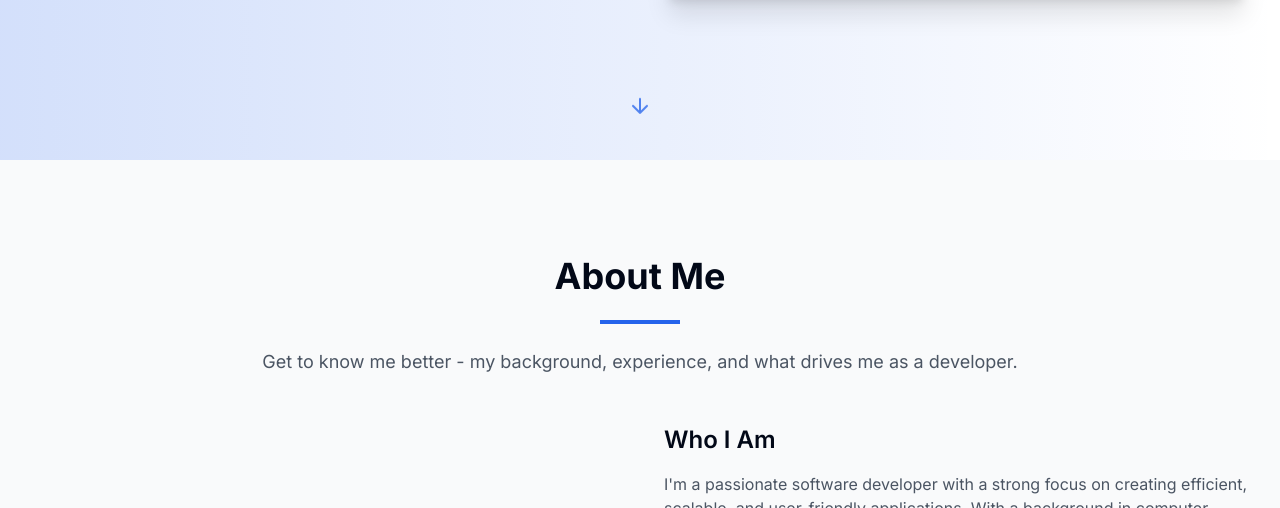
Repository: priteshraj10/priteshraj.github.io
Page: /
These files come from the project's save history. The page is drawn as it stood at one moment and after the next save; the edit follows.
The browser window is 1280 px wide. The pictures show the part of the page from y = 560 to 1068 px (the page is 5512 px tall before and 5514 px after).
Pictures or frames that could not be fetched are drawn as grey boxes. The project was rebuilt for these pictures with package versions that can differ from the ones it lists, and the page was loaded fresh each time. The framework's server and built-in components were replaced by stand-ins that run in the browser. Also part of the build but not shown: next.config.js.

Above is the page before, as saved 2025-03-09 08:53:06.

### app/layout.tsx
import './globals.css';
import type { Metadata } from 'next';
import { Inter } from 'next/font/google';
import React from 'react';

const inter = Inter({
  subsets: ['latin'],
  variable: '--font-sans',
  display: 'swap',
});

export const metadata: Metadata = {
  title: {
    default: 'Pritesh Raj | Software Developer',
    template: '%s | Pritesh Raj',
  },
  description: 'Professional portfolio of Pritesh Raj, a skilled software developer specializing in web development, cloud solutions, and more.',
  keywords: ['Pritesh Raj', 'software developer', 'web development', 'portfolio', 'full stack developer', 'React', 'Next.js'],
  authors: [{ name: 'Pritesh Raj' }],
  creator: 'Pritesh Raj',
  openGraph: {
    type: 'website',
    locale: 'en_US',
    url: 'https://priteshraj.github.io/',
    siteName: 'Pritesh Raj Portfolio',
    title: 'Pritesh Raj | Software Developer',
    description: 'Professional portfolio of Pritesh Raj, a skilled software developer specializing in web development, cloud solutions, and more.',
    images: [
      {
        url: '/images/og-image.jpg',
        width: 1200,
        height: 630,
        alt: 'Pritesh Raj Portfolio',
      },
    ],
  },
  twitter: {
    card: 'summary_large_image',
    title: 'Pritesh Raj | Software Developer',
    description: 'Professional portfolio of Pritesh Raj, a skilled software developer specializing in web development, cloud solutions, and more.',
    images: ['/images/og-image.jpg'],
  },
  robots: {
    index: true,
    follow: true,
    googleBot: {
      index: true,
      follow: true,
      'max-video-preview': -1,
      'max-image-preview': 'large',
      'max-snippet': -1,
    },
  },
};

export default function RootLayout({
  children,
}: {
  children: React.ReactNode;
}) {
  return (
    <html lang="en" suppressHydrationWarning>
      <body className={`${inter.variable} font-sans`}>
        <main className="min-h-screen">{children}</main>
      </body>
    </html>
  );
}

### app/page.tsx
import React from 'react';
import Header from './components/Header';
import Hero from './components/Hero';
import About from './components/About';
import Projects from './components/Projects';
import Skills from './components/Skills';
import Contact from './components/Contact';
import Footer from './components/Footer';

export default function Home() {
  return (
    <React.Fragment>
      <Header />
      <Hero />
      <About />
      <Projects />
      <Skills />
      <Contact />
      <Footer />
    </React.Fragment>
  );
}

### app/globals.css
@tailwind base;
@tailwind components;
@tailwind utilities;

@layer base {
  :root {
    --background: 0 0% 100%;
    --foreground: 222.2 84% 4.9%;
    --card: 0 0% 100%;
    --card-foreground: 222.2 84% 4.9%;
    --popover: 0 0% 100%;
    --popover-foreground: 222.2 84% 4.9%;
    --primary: 221.2 83.2% 53.3%;
    --primary-foreground: 210 40% 98%;
    --secondary: 210 40% 96.1%;
    --secondary-foreground: 222.2 47.4% 11.2%;
    --muted: 210 40% 96.1%;
    --muted-foreground: 215.4 16.3% 46.9%;
    --accent: 210 40% 96.1%;
    --accent-foreground: 222.2 47.4% 11.2%;
    --destructive: 0 84.2% 60.2%;
    --destructive-foreground: 210 40% 98%;
    --border: 214.3 31.8% 91.4%;
    --input: 214.3 31.8% 91.4%;
    --ring: 221.2 83.2% 53.3%;
    --radius: 0.5rem;
    --dark: 222.2 84% 4.9%;
    --light: 210 40% 98%;
  }

  .dark {
    --background: 222.2 84% 4.9%;
    --foreground: 210 40% 98%;
    --card: 222.2 84% 4.9%;
    --card-foreground: 210 40% 98%;
    --popover: 222.2 84% 4.9%;
    --popover-foreground: 210 40% 98%;
    --primary: 217.2 91.2% 59.8%;
    --primary-foreground: 222.2 47.4% 11.2%;
    --secondary: 217.2 32.6% 17.5%;
    --secondary-foreground: 210 40% 98%;
    --muted: 217.2 32.6% 17.5%;
    --muted-foreground: 215 20.2% 65.1%;
    --accent: 217.2 32.6% 17.5%;
    --accent-foreground: 210 40% 98%;
    --destructive: 0 62.8% 30.6%;
    --destructive-foreground: 210 40% 98%;
    --border: 217.2 32.6% 17.5%;
    --input: 217.2 32.6% 17.5%;
    --ring: 224.3 76.3% 48%;
  }
}

@layer base {
  * {
    @apply border-border;
  }
  body {
    @apply bg-background text-foreground;
  }
}

@layer components {
  .btn {
    @apply px-4 py-2 rounded-md font-medium transition-all duration-200;
  }

  .btn-primary {
    @apply bg-primary text-primary-foreground hover:opacity-90;
  }

  .btn-outline {
    @apply border border-primary text-primary hover:bg-primary hover:text-primary-foreground;
  }

  .section {
    @apply py-16 md:py-24;
  }

  .container {
    @apply max-w-7xl mx-auto px-4 sm:px-6 lg:px-8;
  }

  .heading {
    @apply text-3xl md:text-4xl font-bold mb-6;
  }

  .subheading {
    @apply text-xl md:text-2xl font-semibold mb-4;
  }
}

### app/components/Header.tsx
'use client';

import { useState, useEffect } from 'react';
import Link from 'next/link';
import { FiMenu, FiX } from 'react-icons/fi';

const Header = () => {
  const [isMenuOpen, setIsMenuOpen] = useState(false);
  const [isScrolled, setIsScrolled] = useState(false);

  useEffect(() => {
    const handleScroll = () => {
      if (window.scrollY > 10) {
        setIsScrolled(true);
      } else {
        setIsScrolled(false);
      }
    };

    window.addEventListener('scroll', handleScroll);
    return () => window.removeEventListener('scroll', handleScroll);
  }, []);

  const toggleMenu = () => {
    setIsMenuOpen(!isMenuOpen);
  };

  const navLinks = [
    { name: 'Home', href: '/' },
    { name: 'About', href: '/#about' },
    { name: 'Projects', href: '/#projects' },
    { name: 'Skills', href: '/#skills' },
    { name: 'Contact', href: '/#contact' },
  ];

  return (
    <header
      className={`fixed w-full z-50 transition-all duration-300 ${
        isScrolled ? 'bg-white/90 dark:bg-dark/90 shadow-md backdrop-blur-sm' : 'bg-transparent'
      }`}
    >
      <div className="container mx-auto px-4 sm:px-6 lg:px-8">
        <div className="flex justify-between items-center py-4">
          <Link href="/" className="text-2xl font-bold text-primary">
            Pritesh Raj
          </Link>

          {/* Desktop Navigation */}
          <nav className="hidden md:flex space-x-8">
            {navLinks.map((link) => (
              <Link
                key={link.name}
                href={link.href}
                className="font-medium hover:text-primary transition-colors"
              >
                {link.name}
              </Link>
            ))}
          </nav>

          {/* Mobile Menu Button */}
          <button
            className="md:hidden text-2xl focus:outline-none"
            onClick={toggleMenu}
            aria-label="Toggle menu"
          >
            {isMenuOpen ? <FiX /> : <FiMenu />}
          </button>
        </div>
      </div>

      {/* Mobile Navigation */}
      {isMenuOpen && (
        <nav className="md:hidden bg-white dark:bg-dark shadow-lg animate-fade-in">
          <div className="container mx-auto px-4 py-4">
            <div className="flex flex-col space-y-4">
              {navLinks.map((link) => (
                <Link
                  key={link.name}
                  href={link.href}
                  className="font-medium hover:text-primary transition-colors py-2"
                  onClick={() => setIsMenuOpen(false)}
                >
                  {link.name}
                </Link>
              ))}
            </div>
          </div>
        </nav>
      )}
    </header>
  );
};

export default Header;

### app/components/About.tsx
'use client';

import { motion } from 'framer-motion';
import Image from 'next/image';

const About = () => {
  return (
    <section id="about" className="section bg-gray-50 dark:bg-gray-900">
      <div className="container">
        <motion.div
          initial={{ opacity: 0, y: 20 }}
          whileInView={{ opacity: 1, y: 0 }}
          viewport={{ once: true }}
          transition={{ duration: 0.5 }}
          className="text-center mb-12"
        >
          <h2 className="heading">About Me</h2>
          <div className="w-20 h-1 bg-primary mx-auto mb-6"></div>
          <p className="text-lg text-gray-600 dark:text-gray-400 max-w-3xl mx-auto">
            Get to know me better - my background, experience, and what drives me as a developer.
          </p>
        </motion.div>

        <div className="grid grid-cols-1 md:grid-cols-2 gap-12 items-center">
          <motion.div
            initial={{ opacity: 0, x: -20 }}
            whileInView={{ opacity: 1, x: 0 }}
            viewport={{ once: true }}
            transition={{ duration: 0.5 }}
            className="relative aspect-square max-w-md mx-auto md:mx-0 rounded-lg overflow-hidden shadow-xl"
          >
            <Image
              src="/images/about.jpg"
              alt="Pritesh Raj working"
              fill
              style={{ objectFit: 'cover' }}
            />
          </motion.div>

          <motion.div
            initial={{ opacity: 0, x: 20 }}
            whileInView={{ opacity: 1, x: 0 }}
            viewport={{ once: true }}
            transition={{ duration: 0.5, delay: 0.2 }}
          >
            <h3 className="subheading">Who I Am</h3>
            <p className="mb-4 text-gray-600 dark:text-gray-400">
              I'm a passionate software developer with a strong focus on creating efficient,
              scalable, and user-friendly applications. With a background in computer science
              and several years of industry experience, I've developed a deep understanding of
              software development principles and best practices.
            </p>

            <h3 className="subheading mt-6">My Approach</h3>
            <p className="mb-4 text-gray-600 dark:text-gray-400">
              I believe in writing clean, maintainable code that solves real problems. My approach
              combines technical excellence with a user-centered mindset, ensuring that the solutions
              I build not only work well but also provide an excellent user experience.
            </p>

            <h3 className="subheading mt-6">When I'm Not Coding</h3>
            <p className="mb-4 text-gray-600 dark:text-gray-400">
              Outside of work, I enjoy staying up-to-date with the latest tech trends, contributing
              to open-source projects, and sharing my knowledge through blog posts and community
              involvement. I also enjoy hiking, photography, and exploring new cuisines.
            </p>

            <div className="mt-8 grid grid-cols-2 gap-4">
              <div className="bg-white dark:bg-dark p-4 rounded-lg shadow-md">
                <h4 className="font-semibold text-primary mb-2">Education</h4>
                <p className="text-sm text-gray-600 dark:text-gray-400">
                  B.S. in Computer Science<br />
                  University of Technology
                </p>
              </div>

              <div className="bg-white dark:bg-dark p-4 rounded-lg shadow-md">
                <h4 className="font-semibold text-primary mb-2">Experience</h4>
                <p className="text-sm text-gray-600 dark:text-gray-400">
                  5+ Years<br />
                  Professional Development
                </p>
              </div>
            </div>
          </motion.div>
        </div>
      </div>
    </section>
  );
};

export default About;

### app/components/Footer.tsx
'use client';

import Link from 'next/link';
import { FiGithub, FiLinkedin, FiTwitter, FiMail } from 'react-icons/fi';

const Footer = () => {
  const currentYear = new Date().getFullYear();

  const socialLinks = [
    { name: 'GitHub', icon: <FiGithub />, href: 'https://github.com/priteshraj' },
    { name: 'LinkedIn', icon: <FiLinkedin />, href: 'https://linkedin.com/in/priteshraj' },
    { name: 'Twitter', icon: <FiTwitter />, href: 'https://twitter.com/priteshraj' },
    { name: 'Email', icon: <FiMail />, href: 'mailto:contact@priteshraj.com' },
  ];

  return (
    <footer className="bg-white dark:bg-dark py-12 border-t border-gray-200 dark:border-gray-800">
      <div className="container mx-auto px-4 sm:px-6 lg:px-8">
        <div className="flex flex-col md:flex-row justify-between items-center">
          <div className="mb-6 md:mb-0">
            <Link href="/" className="text-xl font-bold text-primary">
              Pritesh Raj
            </Link>
            <p className="mt-2 text-sm text-gray-600 dark:text-gray-400">
              Software Developer | Problem Solver | Tech Enthusiast
            </p>
          </div>

          <div className="flex space-x-6">
            {socialLinks.map((link) => (
              <a
                key={link.name}
                href={link.href}
                target="_blank"
                rel="noopener noreferrer"
                className="text-gray-600 dark:text-gray-400 hover:text-primary dark:hover:text-primary transition-colors"
                aria-label={link.name}
              >
                <span className="text-xl">{link.icon}</span>
              </a>
            ))}
          </div>
        </div>

        <div className="mt-8 pt-8 border-t border-gray-200 dark:border-gray-800 text-center">
          <p className="text-sm text-gray-600 dark:text-gray-400">
            © {currentYear} Pritesh Raj. All rights reserved.
          </p>
          <div className="mt-4 flex justify-center space-x-6 text-sm">
            <Link href="/privacy" className="text-gray-600 dark:text-gray-400 hover:text-primary dark:hover:text-primary transition-colors">
              Privacy Policy
            </Link>
            <Link href="/terms" className="text-gray-600 dark:text-gray-400 hover:text-primary dark:hover:text-primary transition-colors">
              Terms of Service
            </Link>
          </div>
        </div>
      </div>
    </footer>
  );
};

export default Footer;

### app/components/ui/tabs.tsx
import * as React from "react"
import * as TabsPrimitive from "@radix-ui/react-tabs"

import { cn } from "@/app/lib/utils"

const Tabs = TabsPrimitive.Root

const TabsList = React.forwardRef<
  React.ElementRef<typeof TabsPrimitive.List>,
  React.ComponentPropsWithoutRef<typeof TabsPrimitive.List>
>(({ className, ...props }, ref) => (
  <TabsPrimitive.List
    ref={ref}
    className={cn(
      "inline-flex h-10 items-center justify-center rounded-md bg-muted p-1 text-muted-foreground",
      className
    )}
    {...props}
  />
))
TabsList.displayName = TabsPrimitive.List.displayName

const TabsTrigger = React.forwardRef<
  React.ElementRef<typeof TabsPrimitive.Trigger>,
  React.ComponentPropsWithoutRef<typeof TabsPrimitive.Trigger>
>(({ className, ...props }, ref) => (
  <TabsPrimitive.Trigger
    ref={ref}
    className={cn(
      "inline-flex items-center justify-center whitespace-nowrap rounded-sm px-3 py-1.5 text-sm font-medium ring-offset-background transition-all focus-visible:outline-none focus-visible:ring-2 focus-visible:ring-ring focus-visible:ring-offset-2 disabled:pointer-events-none disabled:opacity-50 data-[state=active]:bg-background data-[state=active]:text-foreground data-[state=active]:shadow-sm",
      className
    )}
    {...props}
  />
))
TabsTrigger.displayName = TabsPrimitive.Trigger.displayName

const TabsContent = React.forwardRef<
  React.ElementRef<typeof TabsPrimitive.Content>,
  React.ComponentPropsWithoutRef<typeof TabsPrimitive.Content>
>(({ className, ...props }, ref) => (
  <TabsPrimitive.Content
    ref={ref}
    className={cn(
      "mt-2 ring-offset-background focus-visible:outline-none focus-visible:ring-2 focus-visible:ring-ring focus-visible:ring-offset-2",
      className
    )}
    {...props}
  />
))
TabsContent.displayName = TabsPrimitive.Content.displayName

export { Tabs, TabsList, TabsTrigger, TabsContent }

### app/components/ui/card.tsx
import * as React from "react"

import { cn } from "@/app/lib/utils"

const Card = React.forwardRef<
  HTMLDivElement,
  React.HTMLAttributes<HTMLDivElement>
>(({ className, ...props }, ref) => (
  <div
    ref={ref}
    className={cn(
      "rounded-lg border bg-card text-card-foreground shadow-sm",
      className
    )}
    {...props}
  />
))
Card.displayName = "Card"

const CardHeader = React.forwardRef<
  HTMLDivElement,
  React.HTMLAttributes<HTMLDivElement>
>(({ className, ...props }, ref) => (
  <div
    ref={ref}
    className={cn("flex flex-col space-y-1.5 p-6", className)}
    {...props}
  />
))
CardHeader.displayName = "CardHeader"

const CardTitle = React.forwardRef<
  HTMLParagraphElement,
  React.HTMLAttributes<HTMLHeadingElement>
>(({ className, ...props }, ref) => (
  <h3
    ref={ref}
    className={cn(
      "text-2xl font-semibold leading-none tracking-tight",
      className
    )}
    {...props}
  />
))
CardTitle.displayName = "CardTitle"

const CardDescription = React.forwardRef<
  HTMLParagraphElement,
  React.HTMLAttributes<HTMLParagraphElement>
>(({ className, ...props }, ref) => (
  <p
    ref={ref}
    className={cn("text-sm text-muted-foreground", className)}
    {...props}
  />
))
CardDescription.displayName = "CardDescription"

const CardContent = React.forwardRef<
  HTMLDivElement,
  React.HTMLAttributes<HTMLDivElement>
>(({ className, ...props }, ref) => (
  <div ref={ref} className={cn("p-6 pt-0", className)} {...props} />
))
CardContent.displayName = "CardContent"

const CardFooter = React.forwardRef<
  HTMLDivElement,
  React.HTMLAttributes<HTMLDivElement>
>(({ className, ...props }, ref) => (
  <div
    ref={ref}
    className={cn("flex items-center p-6 pt-0", className)}
    {...props}
  />
))
CardFooter.displayName = "CardFooter"

export { Card, CardHeader, CardFooter, CardTitle, CardDescription, CardContent }

### app/components/ui/button.tsx
import * as React from "react"
import { Slot } from "@radix-ui/react-slot"
import { cva, type VariantProps } from "class-variance-authority"

import { cn } from "@/app/lib/utils"

const buttonVariants = cva(
  "inline-flex items-center justify-center whitespace-nowrap rounded-md text-sm font-medium ring-offset-background transition-colors focus-visible:outline-none focus-visible:ring-2 focus-visible:ring-ring focus-visible:ring-offset-2 disabled:pointer-events-none disabled:opacity-50",
  {
    variants: {
      variant: {
        default: "bg-primary text-primary-foreground hover:bg-primary/90",
        destructive:
          "bg-destructive text-destructive-foreground hover:bg-destructive/90",
        outline:
          "border border-input bg-background hover:bg-accent hover:text-accent-foreground",
        secondary:
          "bg-secondary text-secondary-foreground hover:bg-secondary/80",
        ghost: "hover:bg-accent hover:text-accent-foreground",
        link: "text-primary underline-offset-4 hover:underline",
      },
      size: {
        default: "h-10 px-4 py-2",
        sm: "h-9 rounded-md px-3",
        lg: "h-11 rounded-md px-8",
        icon: "h-10 w-10",
      },
    },
    defaultVariants: {
      variant: "default",
      size: "default",
    },
  }
)

export interface ButtonProps
  extends React.ButtonHTMLAttributes<HTMLButtonElement>,
    VariantProps<typeof buttonVariants> {
  asChild?: boolean
}

const Button = React.forwardRef<HTMLButtonElement, ButtonProps>(
  ({ className, variant, size, asChild = false, ...props }, ref) => {
    const Comp = asChild ? Slot : "button"
    return (
      <Comp
        className={cn(buttonVariants({ variant, size, className }))}
        ref={ref}
        {...props}
      />
    )
  }
)
Button.displayName = "Button"

export { Button, buttonVariants }

### app/components/ui/input.tsx
import * as React from "react"

import { cn } from "@/app/lib/utils"

export interface InputProps
  extends Omit<React.ComponentProps<"input">, "type"> {
  type?: string
}

const Input = React.forwardRef<HTMLInputElement, InputProps>(
  ({ className, type = "text", ...props }, ref) => {
    return (
      <input
        type={type}
        className={cn(
          "flex h-10 w-full rounded-md border border-input bg-background px-3 py-2 text-sm ring-offset-background file:border-0 file:bg-transparent file:text-sm file:font-medium placeholder:text-muted-foreground focus-visible:outline-none focus-visible:ring-2 focus-visible:ring-ring focus-visible:ring-offset-2 disabled:cursor-not-allowed disabled:opacity-50",
          className
        )}
        ref={ref}
        {...props}
      />
    )
  }
)
Input.displayName = "Input"

export { Input }

### app/components/ui/textarea.tsx
import * as React from "react"

import { cn } from "@/app/lib/utils"

export interface TextareaProps
  extends React.ComponentPropsWithoutRef<"textarea"> {}

const Textarea = React.forwardRef<HTMLTextAreaElement, TextareaProps>(
  ({ className, ...props }, ref) => {
    return (
      <textarea
        className={cn(
          "flex min-h-[80px] w-full rounded-md border border-input bg-background px-3 py-2 text-sm ring-offset-background placeholder:text-muted-foreground focus-visible:outline-none focus-visible:ring-2 focus-visible:ring-ring focus-visible:ring-offset-2 disabled:cursor-not-allowed disabled:opacity-50",
          className
        )}
        ref={ref}
        {...props}
      />
    )
  }
)
Textarea.displayName = "Textarea"

export { Textarea }

### app/components/ui/label.tsx
import * as React from "react"
import * as LabelPrimitive from "@radix-ui/react-label"
import { cva, type VariantProps } from "class-variance-authority"

import { cn } from "@/app/lib/utils"

const labelVariants = cva(
  "text-sm font-medium leading-none peer-disabled:cursor-not-allowed peer-disabled:opacity-70"
)

interface LabelProps extends
  React.ComponentPropsWithoutRef<typeof LabelPrimitive.Root>,
  VariantProps<typeof labelVariants> {}

const Label = React.forwardRef<
  React.ElementRef<typeof LabelPrimitive.Root>,
  LabelProps
>(({ className, ...props }, ref) => (
  <LabelPrimitive.Root
    ref={ref}
    className={cn(labelVariants(), className)}
    {...props}
  />
))
Label.displayName = LabelPrimitive.Root.displayName

export { Label }

Loaded but not shown: app/lib/utils.ts (common file); tailwind.config.js (92 lines, source omitted); app/components/Contact.tsx (264 lines, source omitted); app/components/Projects.tsx (163 lines, source omitted); app/components/Skills.tsx (140 lines, source omitted); app/components/Hero.tsx (90 lines, source omitted)

After the next save:
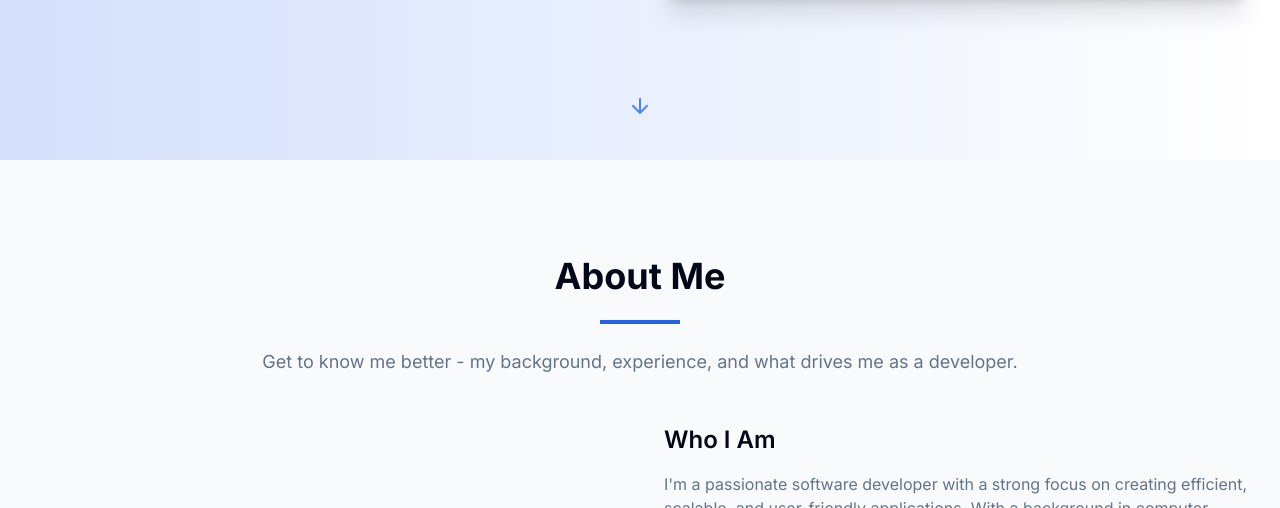
Saved 20 s later.
--- a/app/components/About.tsx
+++ b/app/components/About.tsx
@@ -1,7 +1,9 @@
 'use client';
 
+import React from 'react';
 import { motion } from 'framer-motion';
 import Image from 'next/image';
+import { Card, CardContent } from '@/app/components/ui/card';
 
 const About = () => {
   return (
@@ -16,7 +18,7 @@ const About = () => {
         >
           <h2 className="heading">About Me</h2>
           <div className="w-20 h-1 bg-primary mx-auto mb-6"></div>
-          <p className="text-lg text-gray-600 dark:text-gray-400 max-w-3xl mx-auto">
+          <p className="text-lg text-muted-foreground max-w-3xl mx-auto">
             Get to know me better - my background, experience, and what drives me as a developer.
           </p>
         </motion.div>
@@ -33,7 +35,7 @@ const About = () => {
               src="/images/about.jpg"
               alt="Pritesh Raj working"
               fill
-              style={{ objectFit: 'cover' }}
+              className="object-cover"
             />
           </motion.div>
 
@@ -44,7 +46,7 @@ const About = () => {
             transition={{ duration: 0.5, delay: 0.2 }}
           >
             <h3 className="subheading">Who I Am</h3>
-            <p className="mb-4 text-gray-600 dark:text-gray-400">
+            <p className="mb-4 text-muted-foreground">
               I'm a passionate software developer with a strong focus on creating efficient,
               scalable, and user-friendly applications. With a background in computer science
               and several years of industry experience, I've developed a deep understanding of
@@ -52,35 +54,39 @@ const About = () => {
             </p>
 
             <h3 className="subheading mt-6">My Approach</h3>
-            <p className="mb-4 text-gray-600 dark:text-gray-400">
+            <p className="mb-4 text-muted-foreground">
               I believe in writing clean, maintainable code that solves real problems. My approach
               combines technical excellence with a user-centered mindset, ensuring that the solutions
               I build not only work well but also provide an excellent user experience.
             </p>
 
             <h3 className="subheading mt-6">When I'm Not Coding</h3>
-            <p className="mb-4 text-gray-600 dark:text-gray-400">
+            <p className="mb-4 text-muted-foreground">
               Outside of work, I enjoy staying up-to-date with the latest tech trends, contributing
               to open-source projects, and sharing my knowledge through blog posts and community
               involvement. I also enjoy hiking, photography, and exploring new cuisines.
             </p>
 
             <div className="mt-8 grid grid-cols-2 gap-4">
-              <div className="bg-white dark:bg-dark p-4 rounded-lg shadow-md">
-                <h4 className="font-semibold text-primary mb-2">Education</h4>
-                <p className="text-sm text-gray-600 dark:text-gray-400">
-                  B.S. in Computer Science<br />
-                  University of Technology
-                </p>
-              </div>
+              <Card>
+                <CardContent className="p-4">
+                  <h4 className="font-semibold text-primary mb-2">Education</h4>
+                  <p className="text-sm text-muted-foreground">
+                    B.S. in Computer Science<br />
+                    University of Technology
+                  </p>
+                </CardContent>
+              </Card>
 
-              <div className="bg-white dark:bg-dark p-4 rounded-lg shadow-md">
-                <h4 className="font-semibold text-primary mb-2">Experience</h4>
-                <p className="text-sm text-gray-600 dark:text-gray-400">
-                  5+ Years<br />
-                  Professional Development
-                </p>
-              </div>
+              <Card>
+                <CardContent className="p-4">
+                  <h4 className="font-semibold text-primary mb-2">Experience</h4>
+                  <p className="text-sm text-muted-foreground">
+                    5+ Years<br />
+                    Professional Development
+                  </p>
+                </CardContent>
+              </Card>
             </div>
           </motion.div>
         </div>
